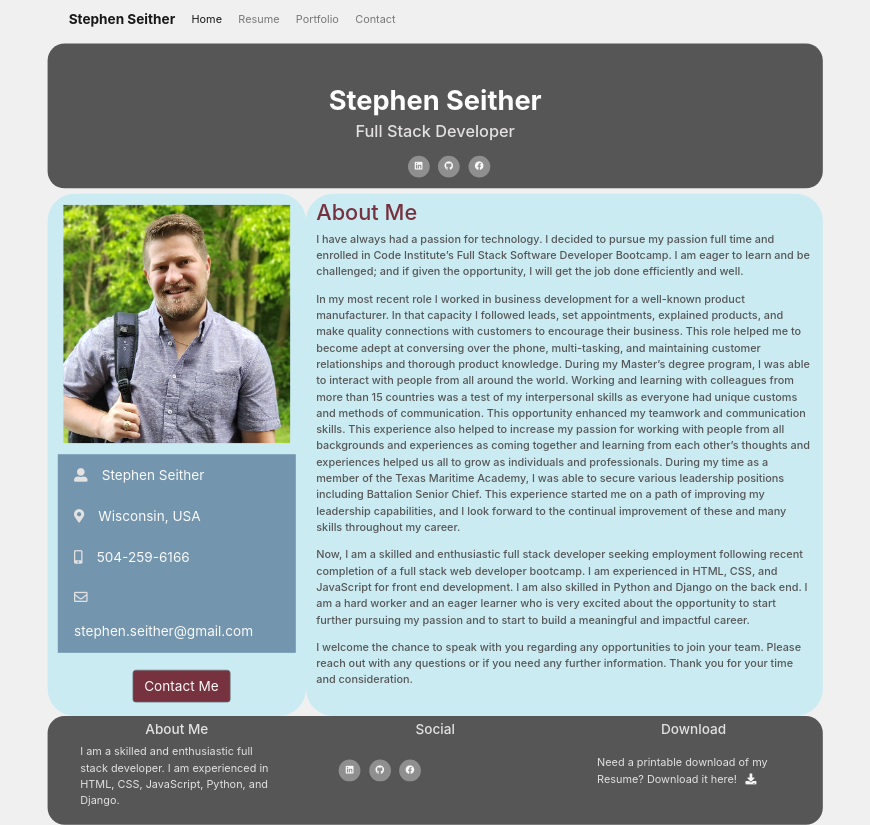
Repository: stephenseither/First-Milestone-Project
Page: index.html
The author's editor kept a record of every edit. The page is drawn from the files as they stood at one moment, then again after the next edit.
The browser window is 1280 px wide. The pictures show the whole page, at 68% of full size.
Some web libraries are served in a nearby version.

Above is the page before.

After the next edit:
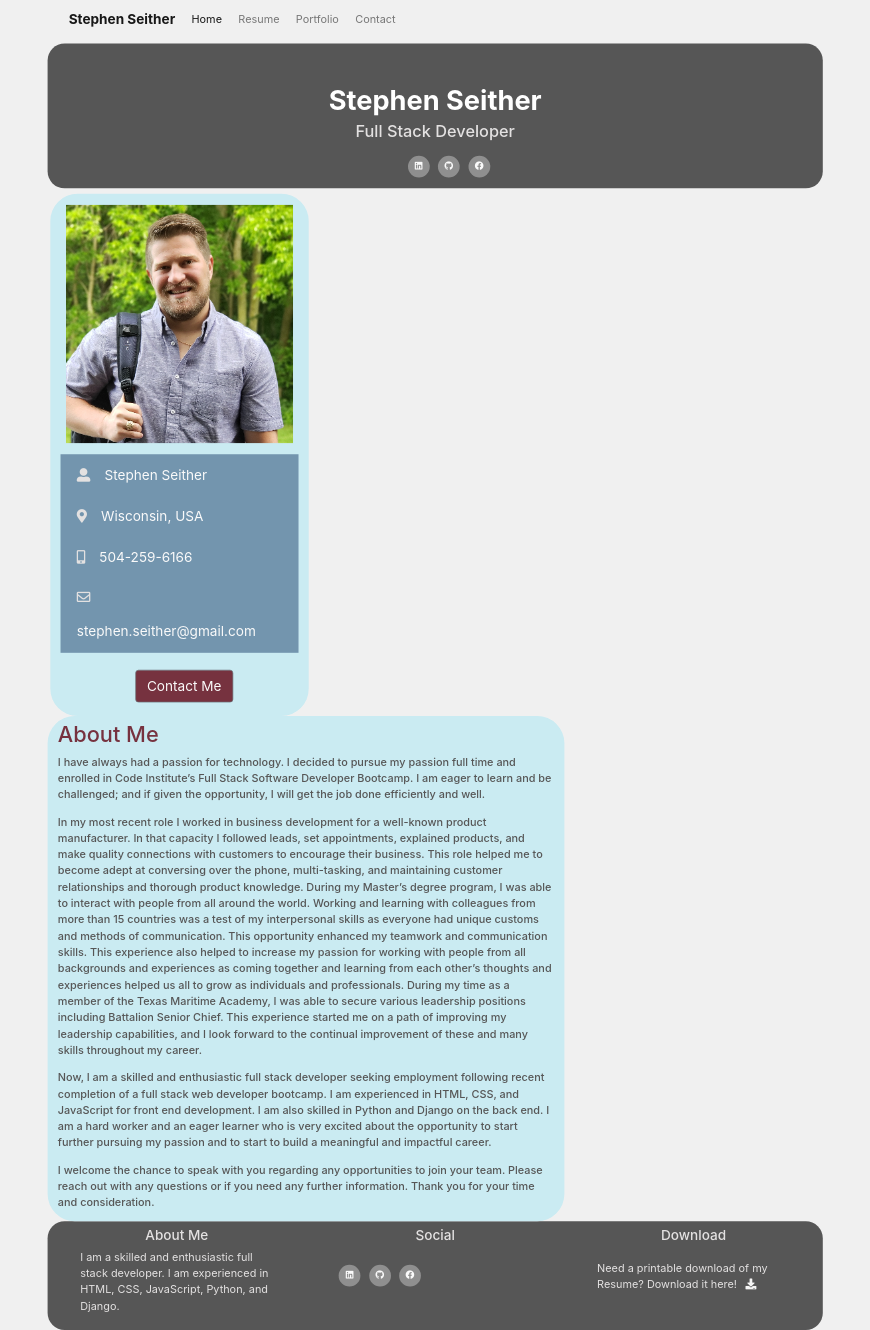
The edit:
--- a/index.html
+++ b/index.html
@@ -74,7 +74,7 @@
 
     <section class="container">
         <div class="row">
-            <div class="col-md-4 photo">
+            <div class="col-md-4 photo mx-1">
                 <img src="assets/images/stephen-profile.jpg" alt="stephen" class="img-fluid img-responsive rounded py-3 px-2 profile-img" />
                 <div class="contact-info pt-3">
                     <div class="personal-info-item px-4">

After the edit that followed:
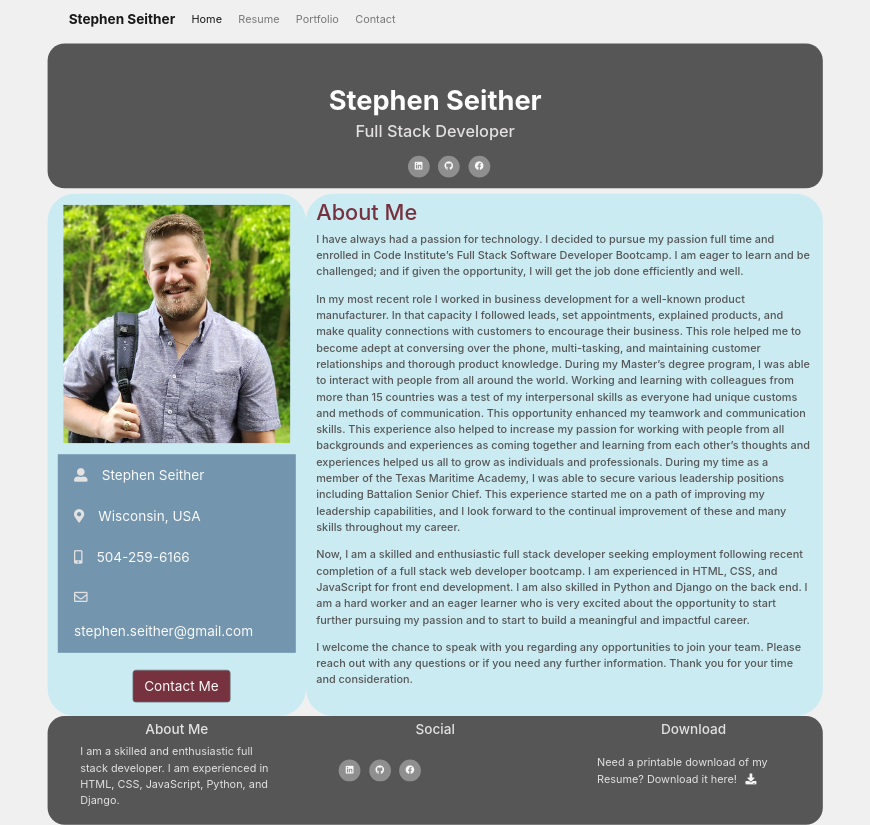
The edit:
--- a/index.html
+++ b/index.html
@@ -74,7 +74,7 @@
 
     <section class="container">
         <div class="row">
-            <div class="col-md-4 photo mx-1">
+            <div class="col-md-4 photo">
                 <img src="assets/images/stephen-profile.jpg" alt="stephen" class="img-fluid img-responsive rounded py-3 px-2 profile-img" />
                 <div class="contact-info pt-3">
                     <div class="personal-info-item px-4">
